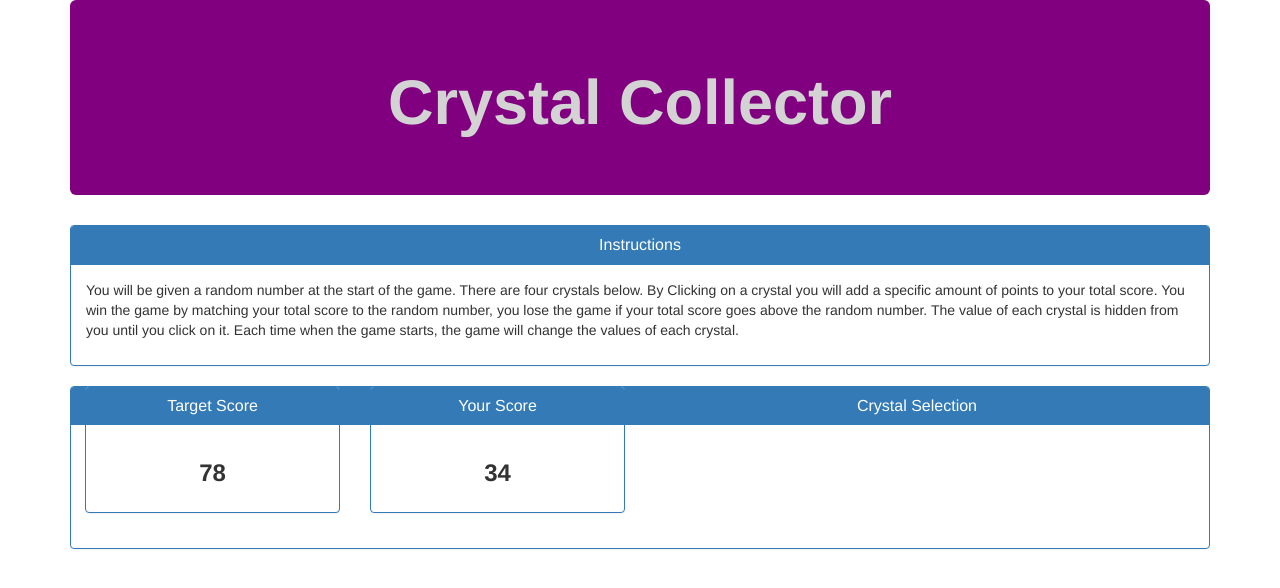
Repository: mikecherry1/week-4-game
Page: index.html
An editor plug-in stored every save of this project. The page is shown before and after the next save, followed by the edit.
The browser window is 1280 px wide. The pictures show the whole page.

Above is the page before, as saved 2017-11-19 18:40:43.

After the next save:
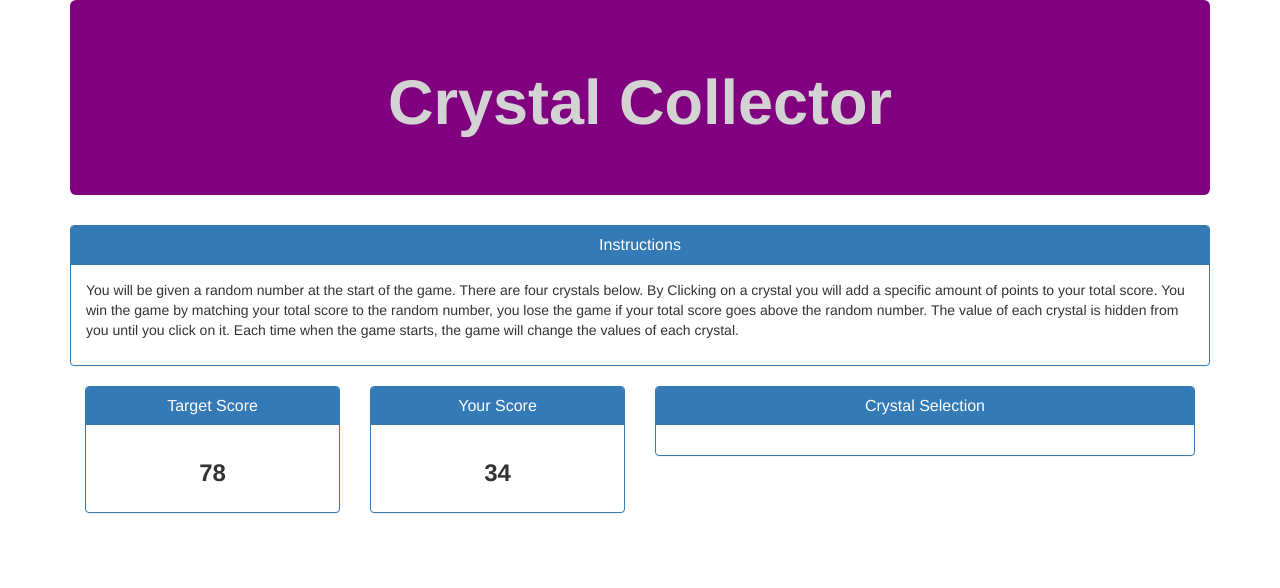
Saved 29 s later.
--- a/index.html
+++ b/index.html
@@ -60,7 +60,7 @@
             </div>
         </div>
 
-        <div class="col-lg-6"></div>
+        <div class="col-lg-6">
             <div class="panel panel-primary">
                 <div class="panel-heading">
                     <h3 class="panel-title text-center">Crystal Selection</h3>
@@ -69,7 +69,7 @@
 
                 </div>
             </div>
-
+        </div>
 
     </div>
   </body>
